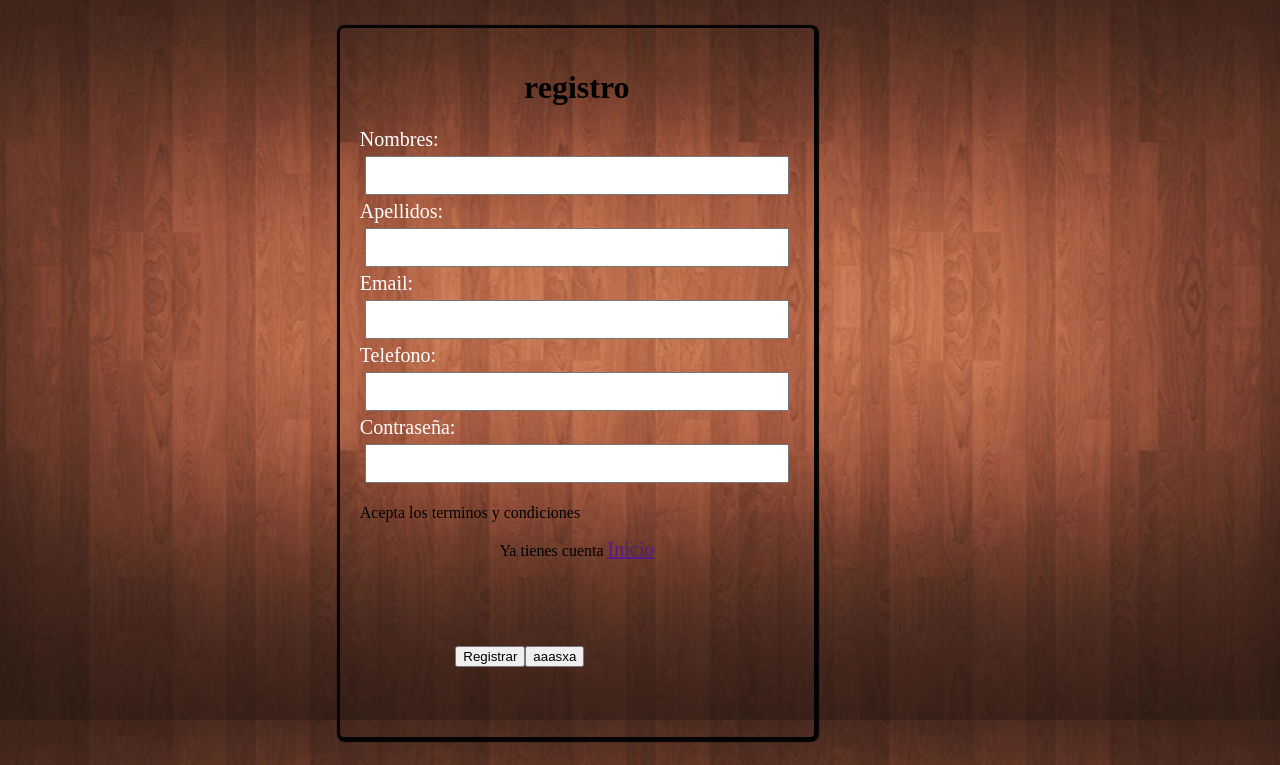
Repository: ye909/aplicacion_restaurante
Page: public/templeis/registro.html
An editor plug-in stored every save of this project. The page is shown before and after the next save, followed by the edit.
The browser window is 1280 px wide. The pictures show the whole page.
Backgrounds fixed to the window are drawn as part of the page.

Above is the page before, as saved 2024-11-12 21:56:37.

After the next save:
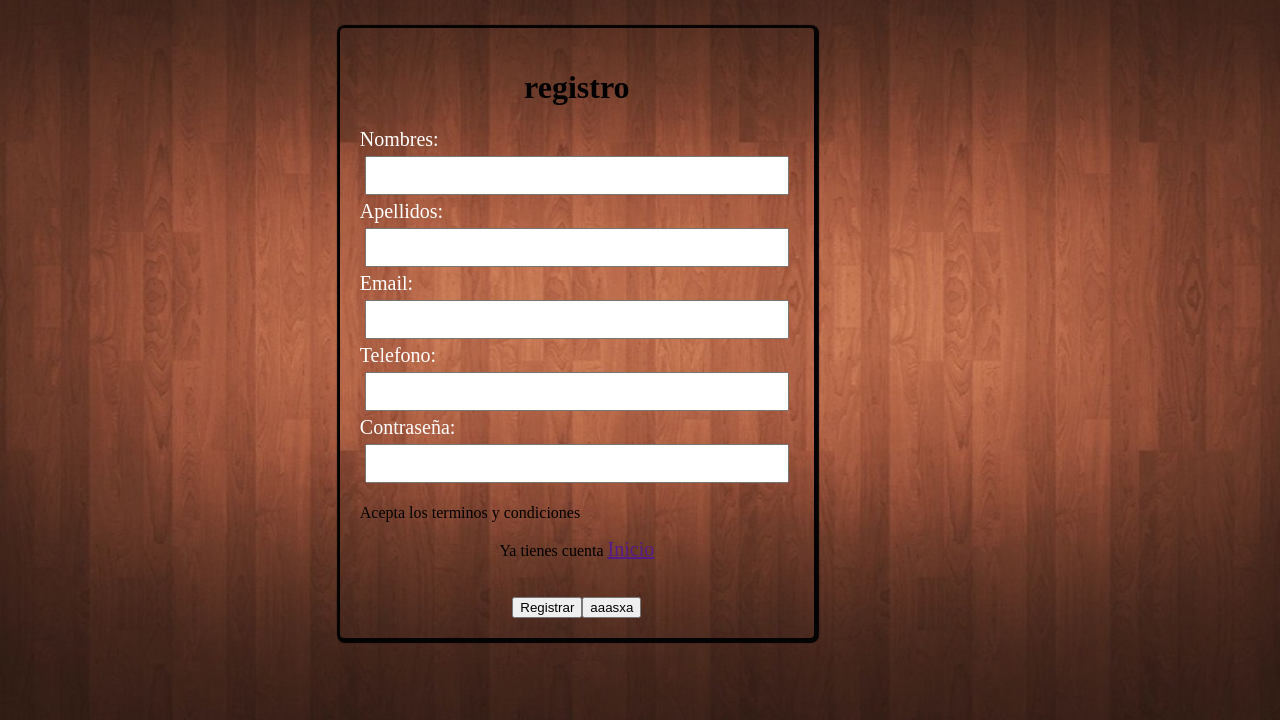
Saved 14 s later.
--- a/public/css/registro.css
+++ b/public/css/registro.css
@@ -31,9 +31,8 @@ label{
     display: flex;
     justify-content: center;
     align-items: center;
-    padding: 10px;
-    width: 300px;
-    height: 100px;
+
+
 }
 input{
     padding: 10px;
